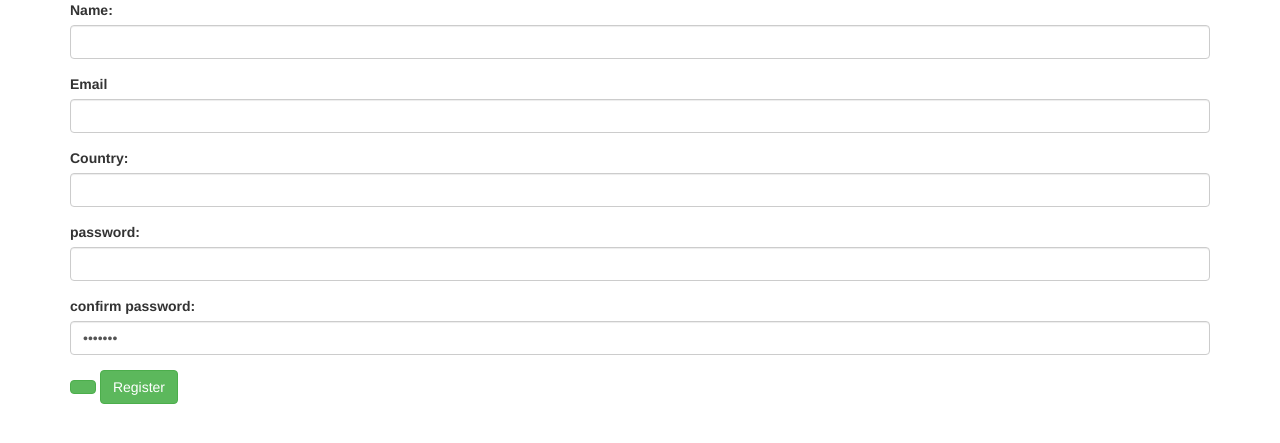
Repository: suvarsha/cognizant-projects
Page: BootStramp1/WebContent/register.html
These files come from the project's save history. The page is drawn as it stood at one moment and after the next save; the edit follows.
The browser window is 1280 px wide. The pictures show the whole page.

Above is the page before, as saved 2020-01-20 04:34:12.

### BootStramp1/WebContent/register.html
<!DOCTYPE html>
<html lang="en">
<head>
  <title>Bootstrap Example</title>
  <meta charset="utf-8">
  <meta name="viewport" content="width=device-width, initial-scale=1">
  <link rel="stylesheet" href="https://maxcdn.bootstrapcdn.com/bootstrap/3.4.1/css/bootstrap.min.css">
  <script src="https://ajax.googleapis.com/ajax/libs/jquery/3.4.1/jquery.min.js"></script>
  <script src="https://maxcdn.bootstrapcdn.com/bootstrap/3.4.1/js/bootstrap.min.js"></script>
</head>
<body>

<div class="container">
  <form>
    <div class="form-group">
      <label for="usr">Name:</label>
      <input type="text"   class="form-control"  id="usr">
    </div>
    <div class="form-group">
      <label for="mail">Email</label>
      <input type="email"   class="form-control" id="ml">
    </div>
    <div class="form-group">
      <label for="cnty">Country:</label>
      <input type="text" class="form-control"    id="cy">
      </div>
       <div class="form-group">
      <label for="password">password:</label>
      <input type="password" class="form-control"   id="ps">
      </div>
       <div class="form-group">
      <label for="confirm password">confirm password:</label>
      <input type="password" class="form-control"  value="Fakepsw" id="pass">
    </div>
    <a href ="login.html" class="btn btn-success" role=button></a>
    <button type="button" class="btn btn-success">Register</button>
  </form>
</div>
</body>
</html>

After the next save:
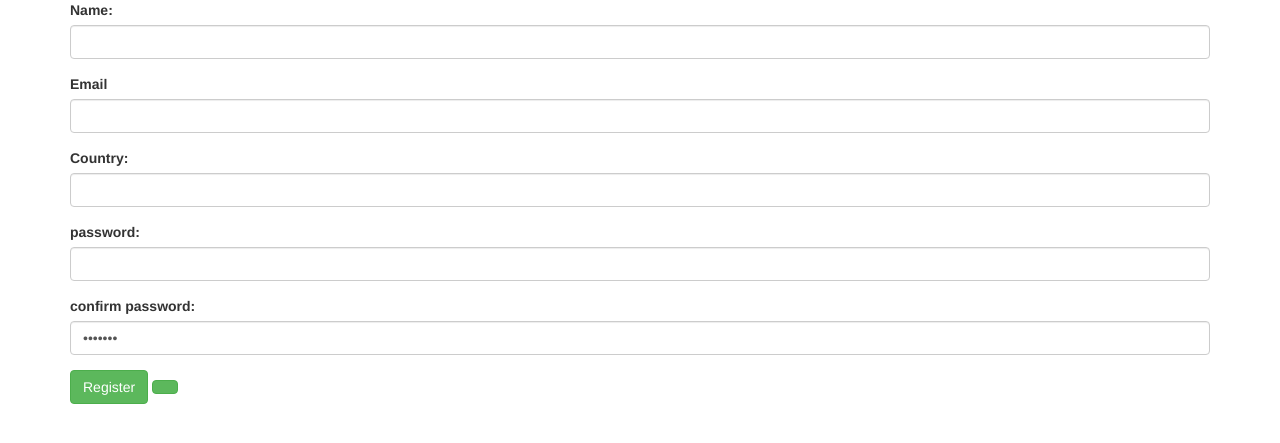
Saved 37 s later.
--- a/BootStramp1/WebContent/register.html
+++ b/BootStramp1/WebContent/register.html
@@ -32,8 +32,8 @@
       <label for="confirm password">confirm password:</label>
       <input type="password" class="form-control"  value="Fakepsw" id="pass">
     </div>
+    <button type="button" class="btn btn-success">Register</button>
     <a href ="login.html" class="btn btn-success" role=button></a>
-    <button type="button" class="btn btn-success">Register</button>
   </form>
 </div>
 </body>

After the 2 saves that followed:
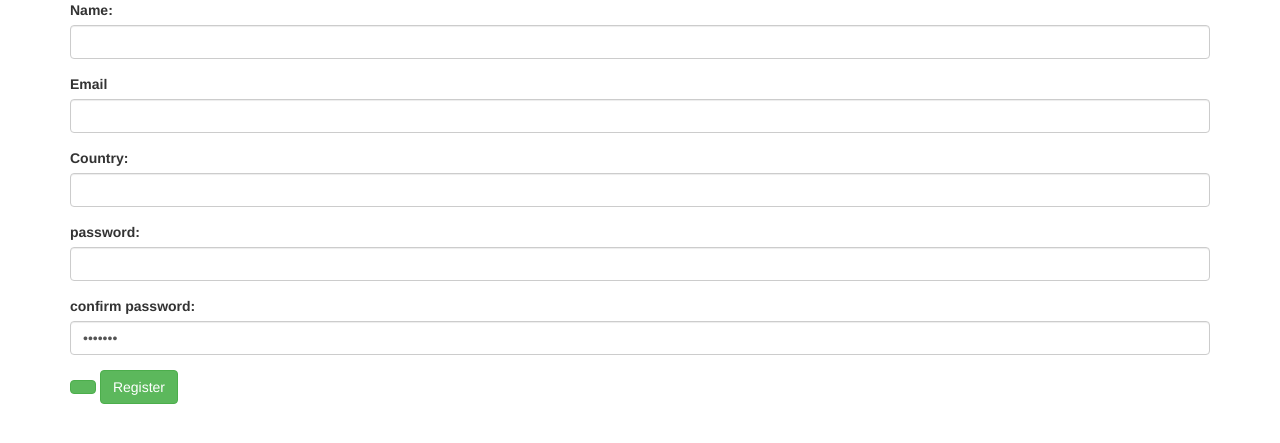
The 2 saves are shown as one change because 1 left the picture as it was.
The last was saved 4 min 27 s later.
--- a/BootStramp1/WebContent/register.html
+++ b/BootStramp1/WebContent/register.html
@@ -32,8 +32,9 @@
       <label for="confirm password">confirm password:</label>
       <input type="password" class="form-control"  value="Fakepsw" id="pass">
     </div>
+    <a href ="login.html" class="btn btn-success" role="button"></a>
     <button type="button" class="btn btn-success">Register</button>
-    <a href ="login.html" class="btn btn-success" role=button></a>
+
   </form>
 </div>
 </body>
